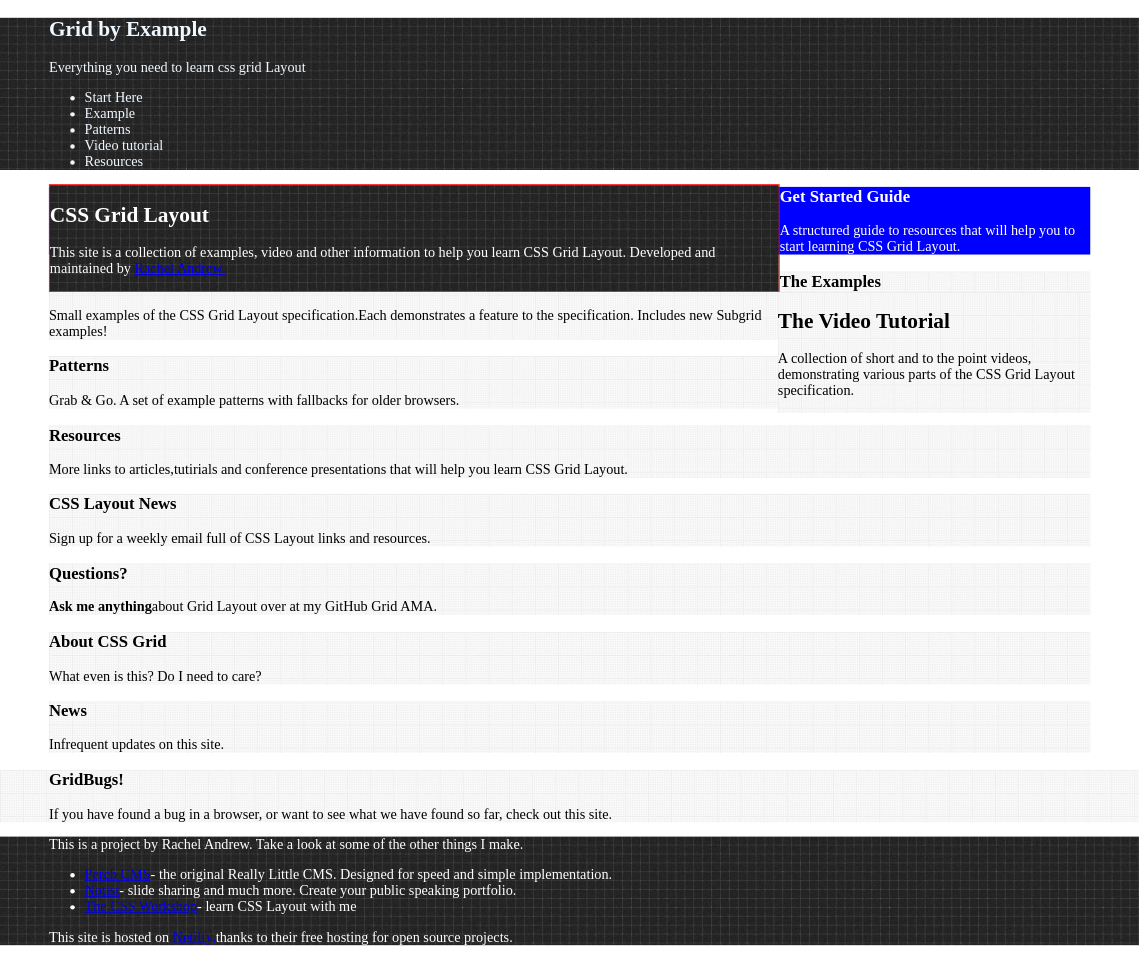
Repository: sitikhusushan/grid
Page: index.html
The author's editor kept a copy of each file at every save. The page is drawn from the files as they stood at one save, then again after the next save.
The browser window is 1280 px wide. The pictures show the whole page, at 89% of full size.

Above is the page before, as saved 2020-05-12 20:19:27.

### index.html
<!DOCTYPE html>
<html lang="en">
  <head>
    <meta charset="UTF-8" />
    <meta name="viewport" content="width=device-width, initial-scale=1.0" />
    <title>Grid View</title>
    <link rel="stylesheet" href="style.css" />
  </head>
  <body>
    <div class="header">
      <div class="container">
        <h2>Grid by Example</h2>
        <p>Everything you need to learn css grid Layout</p>
        <ul>
          <li>Start Here</li>
          <li>Example</li>
          <li>Patterns</li>
          <li>Video tutorial</li>
          <li>Resources</li>
        </ul>
      </div>
    </div>

      <div class="container">
            <div class="layout">
        <div class="left">
          <h2>CSS Grid Layout</h2>
          <p>
            This site is a collection of examples, video and other information
            to help you learn CSS Grid Layout. Developed and maintained by
            <a href="#">Rachel Andrew.</a>
          </p>
        </div>
        <div class="right">
          <h2>The Video Tutorial</h2>
          <p>
            A collection of short and to the point videos, demonstrating various
            parts of the CSS Grid Layout specification.
          </p>
        </div>
      </div>
    </div>
    <div class="guide">
      <div class="container">
        <div class="guides">
        <h3>Get Started Guide</h3>
        <p>
          A structured guide to resources that will help you to start learning
          CSS Grid Layout.
        </p>
      </div>
      </div>
    </div>
    <div class="new">
      <div class="container">
        <div class="left">
          <h3>The Examples</h3>
          <p>
            Small examples of the CSS Grid Layout specification.Each
            demonstrates a feature to the specification. Includes new Subgrid
            examples!
          </p>
        </div>
        <div class="right">
          <h3>Patterns</h3>
          <p>
            Grab & Go. A set of example patterns with fallbacks for older
            browsers.
          </p>
        </div>
      </div>
    </div>
    <div class="resources">
      <div class="container">
        <div class="left">
          <h3>Resources</h3>
          <p>
            More links to articles,tutirials and conference presentations that
            will help you learn CSS Grid Layout.
          </p>
        </div>
        <div class="right">
          <h3>CSS Layout News</h3>
          <p>
            Sign up for a weekly email full of CSS Layout links and resources.
          </p>
        </div>
      </div>
    </div>
    <div class="question">
      <div class="container">
        <div class="left">
          <h3>Questions?</h3>
          <p>
            <b>Ask me anything</b>about Grid Layout over at my GitHub Grid AMA.
          </p>
        </div>
        <div class="middle">
          <h3>About CSS Grid</h3>
          <p>What even is this? Do I need to care?</p>
        </div>
        <div class="right">
          <h3>News</h3>
          <p>Infrequent updates on this site.</p>
        </div>
      </div>
    </div>
    <div class="bugs">
      <div class="container">
        <h3>GridBugs!</h3>
        <p>
          If you have found a bug in a browser, or want to see what we have
          found so far, check out this site.
        </p>
      </div>
    </div>
  <footer>
    <div class="foo">
      <div class="container">
      <p>This is a project by Rachel Andrew. Take a look at some of the other things I make.
        <ul>
          <li><a href="#">Perch CMS</a>- the original Really Little CMS. Designed for speed and simple implementation.</li>
          <li><a href="#">Notist</a>- slide sharing and much more. Create your public speaking portfolio.</li>
          <li><a href="#">The CSS Workshop</a>- learn CSS Layout with me</li>
        </ul>
        This site is hosted on <a href="#">Netilfy,</a>thanks to their free hosting for open source projects.
      </p>
      </div>
    </div>
  </footer>
  </body>
</html>

### style.css
body {
  padding: 0px;
  margin: 0px;
}

.container {
  width: 1170px;
  margin-left: auto;
  margin-right: auto;
  max-width: 100%;
  padding-left: 15px;
  padding-right: 15px;
}

.header {
  background-image: url("image/inflicted.png");
  color: aliceblue;
}

.layout .left {
  background-image: url("image/inflicted.png");
  color: #ffffff;
}

.right {
  background-image: url("image/tiny_grid.png");
}

.guides {
  background-color: blue;
  color: #ffffff;
}

.left {
  background-image: url("image/tiny_grid.png");
}

.middle {
  background-image: url("image/tiny_grid.png");
}

.bugs {
  background-image: url("image/tiny_grid.png");
}

footer {
  background-image: url("image/inflicted.png");
  color: #ffffff;
}

.layout .left {
  width: 70%;
  float: left;
  border: solid 1px;
  border-color: red;
}

.layout .right {
  float: right;
  width: 30%;
}

After the next save:
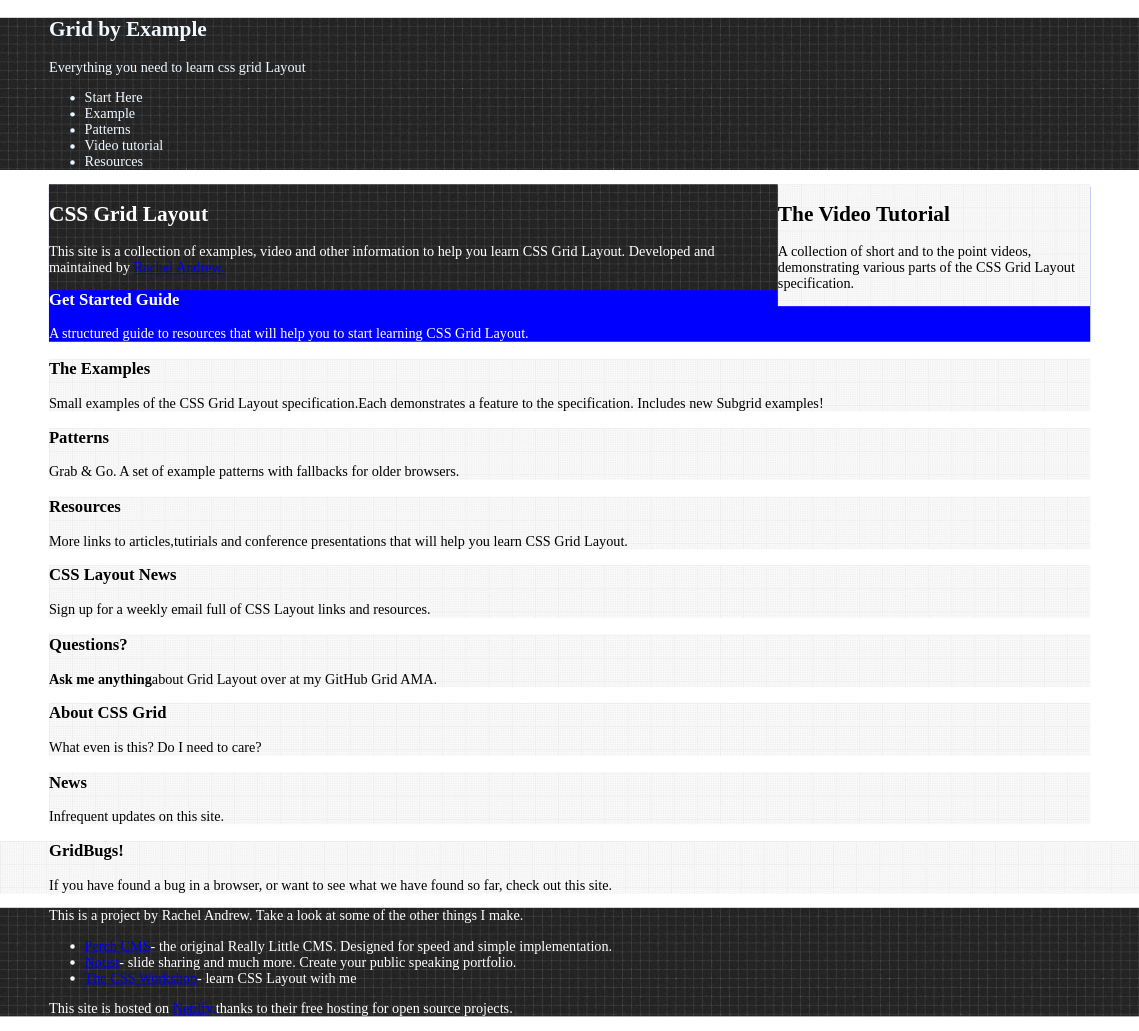
Saved 21 s later.
--- a/style.css
+++ b/style.css
@@ -51,8 +51,8 @@ footer {
 .layout .left {
   width: 70%;
   float: left;
-  border: solid 1px;
-  border-color: red;
+  /* border: solid 1px;
+  border-color: red; */
 }
 
 .layout .right {
